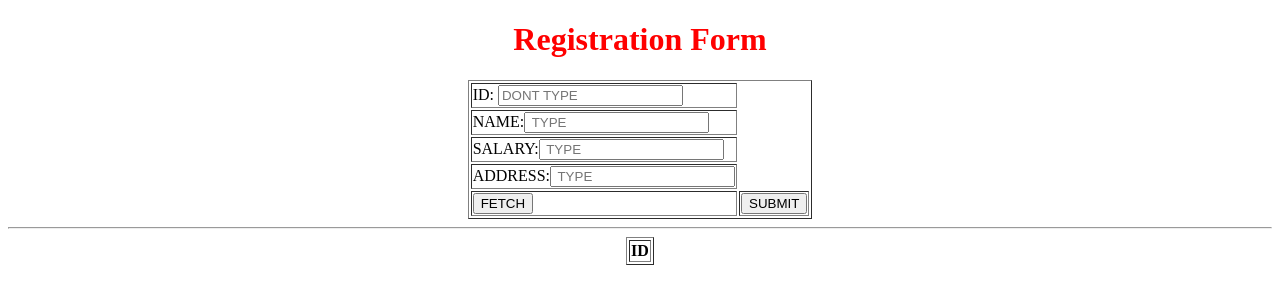
Repository: Amanbadshah/Java-project-
Page: http://localhost/CRUD-SERVLET/
An editor plug-in stored every save of this project. The page is shown before and after the next save, followed by the edit.
The browser window is 1280 px wide. The pictures show the whole page.
The page is served by Tomcat 9.

Above is the page before, as saved 2022-06-02 11:21:25.

After the next save:
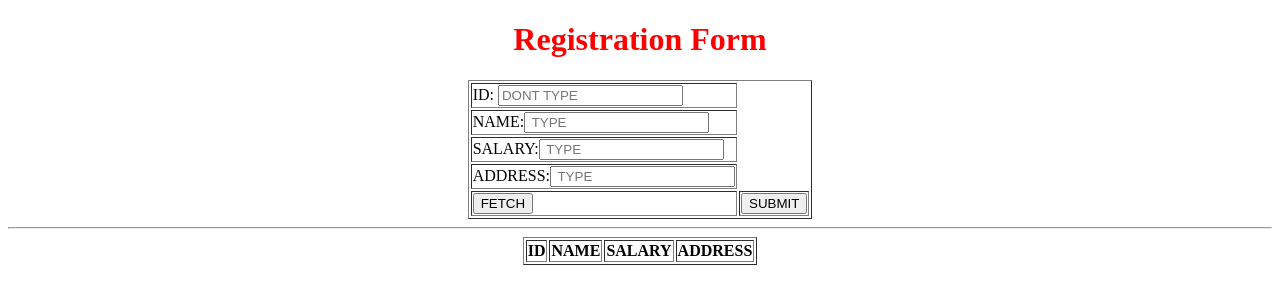
Saved 2 min 6 s later.
--- a/CRUD-SERVLET/src/main/webapp/index.jsp
+++ b/CRUD-SERVLET/src/main/webapp/index.jsp
@@ -39,9 +39,11 @@
 </table>
 
 <hr>
-<table align ="center" border=="1">
-<tr><th >ID</th></tr>
-
+<table align ="center" border="1">
+<tr><th >ID</th>
+<th >NAME</th>
+<th >SALARY</th>
+<th >ADDRESS</th></tr>
 </table>
 
 
